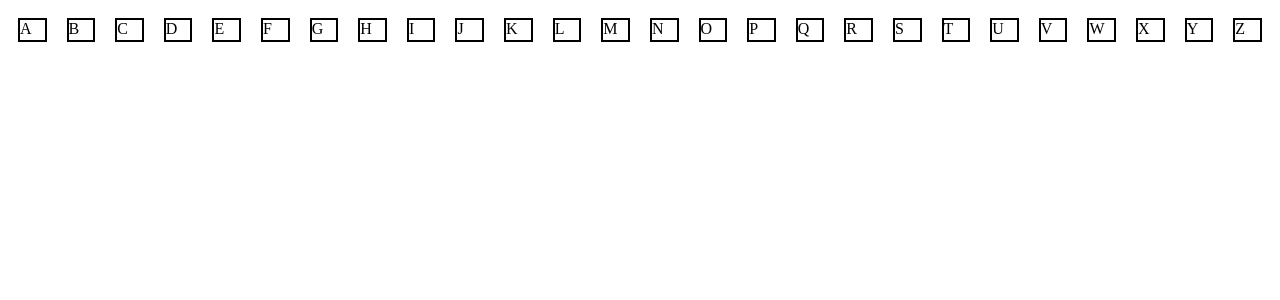
Repository: jcohenp/DI_Exercises
Page: W3/D3/normal/ex_1/index (1).html
An editor plug-in stored every save of this project. The page is shown before and after the next save, followed by the edit.
The browser window is 1280 px wide. The pictures show the whole page.

Above is the page before, as saved 2020-08-25 22:28:55.

### W3/D3/normal/ex_1/index (1).html
<!DOCTYPE html>
<html lang="en">

<head>
    <meta charset="UTF-8">
    <meta name="viewport" content="width=device-width, initial-scale=1.0">
    <title>Document</title>
</head>

<body>
    <div id="container"></div>
    <script src="./js/script2.js"></script>
</body>

</html>

### W3/D3/normal/ex_1/js/script2.js
parent = document.getElementById("container");
parent.style.display = "flex";
parent.style.width = "100%";
parent.style.height = "500px";


for (boxnr = 0; boxnr < 26; ++boxnr) {
    let box = document.createElement("div");
    box.setAttribute("id", boxnr);
    box.classList.add("draggable")
    box.setAttribute("draggable", "true");
    box.setAttribute("ondragstart", "dragStart(event);")
    box.setAttribute("ondragover", "dragOver(event)")
    box.setAttribute("ondrop", "onDrop(event)")
    box.classList.add("dropzone")
    box.style.width = "100px";
    box.style.height = "20px";
    box.style.margin = "10px";
    box.style.border = "2px solid black";
    box.innerHTML = String.fromCharCode(65 + boxnr)
    parent.appendChild(box);
}

function dragStart(event) {
    event
    dataTransfer
        .setData('text/plain', event.target.id);

    event
        .currentTarget
        .backgroundColor = 'yellow';

}

function dragOver(event) {
    event.preventDefault();
}

function onDrop(event) {
    const id = event
        .dataTransfer.getData.getData('text')

    const draggableElement = document.getElementById(id);

    const dropzone = event.target;

    event
        .dataTransfer
        .clearData();
}

After the next save:
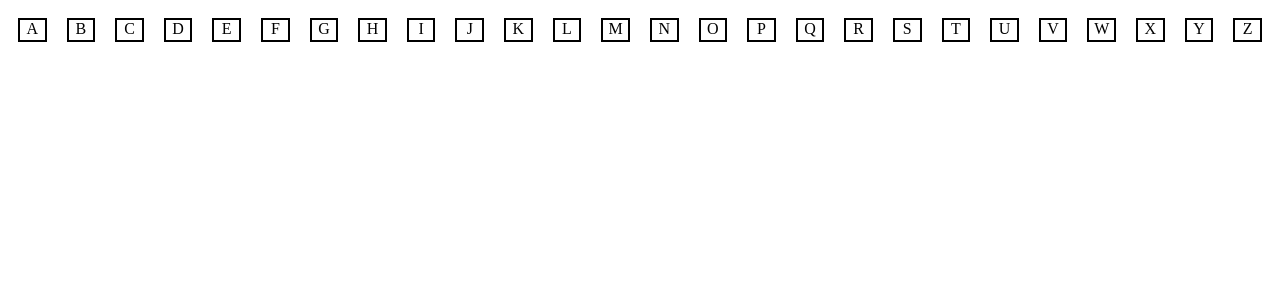
Saved 64 s later.
--- a/W3/D3/normal/ex_1/js/script2.js
+++ b/W3/D3/normal/ex_1/js/script2.js
@@ -16,6 +16,7 @@
     box.style.width = "100px";
     box.style.height = "20px";
     box.style.margin = "10px";
+    box.style.textAlign = "center"
     box.style.border = "2px solid black";
     box.innerHTML = String.fromCharCode(65 + boxnr)
     parent.appendChild(box);
